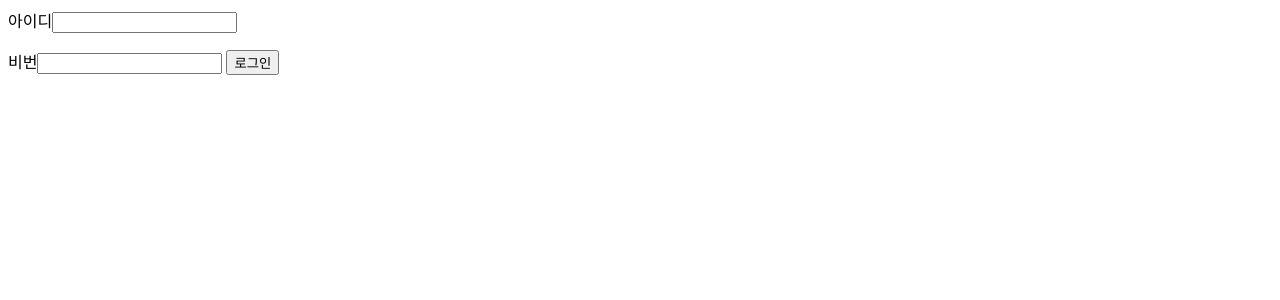
Repository: AiharaAkira/jsp
Page: WebWorkSpace/02_Servlet/src/main/webapp/Login.html
These files come from the project's save history. The page is drawn as it stood at one moment and after the next save; the edit follows.
The browser window is 1280 px wide. The pictures show the whole page.

Above is the page before, as saved 2021-11-04 04:43:43.

After the next save:
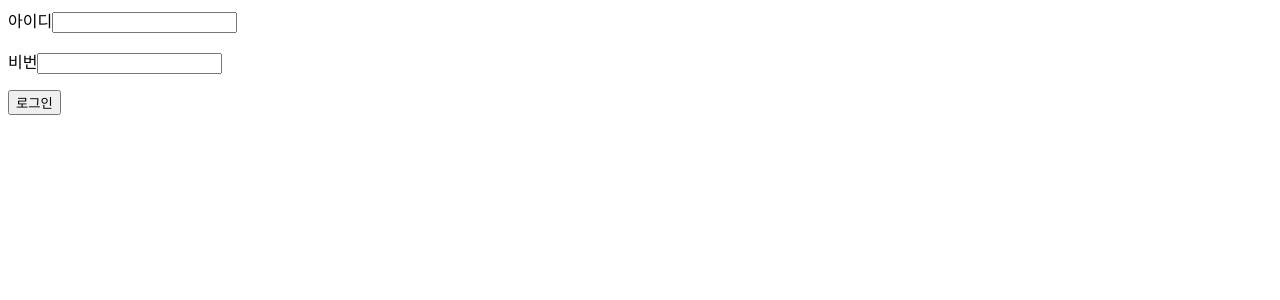
Saved 5 s later.
--- a/WebWorkSpace/02_Servlet/src/main/webapp/Login.html
+++ b/WebWorkSpace/02_Servlet/src/main/webapp/Login.html
@@ -8,7 +8,7 @@
 	<!-- idpw입력 받아서 로그인성공!, 비번 오류!, 존재하지 않은 회원입니다. -->
 	<form action="LogIn">
 	아이디<input type="text" name="uid"><p>
-	비번<input type="text" name="upw">
+	비번<input type="text" name="upw"><p>
 	<button>로그인</button>
 	</form>
 </body>
